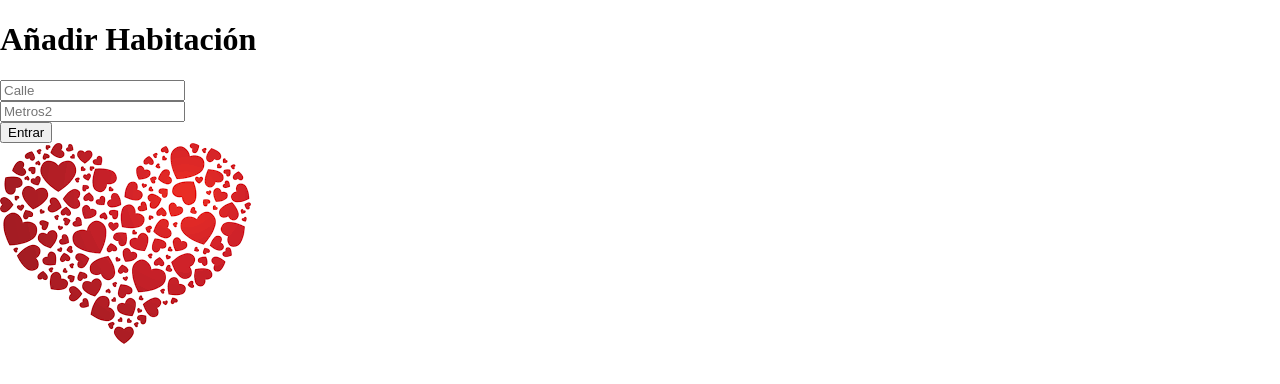
Repository: LazaroRicardo/WORKSPACE
Page: http://localhost/ProyectoMVC2/agnadirhabitacion
The author's editor kept a copy of each file at every save. The page is drawn from the files as they stood at one save, then again after the next save.
The browser window is 1280 px wide. The pictures show the whole page.
The page is served by Tomcat 9. Other server files are loaded and not shown.

Above is the page before, as saved 2018-11-13 11:59:14.

### javaweb/ProyectoMVC2/WebContent/agnadirhabitacion.jsp
<%@ page language="java" contentType="text/html; charset=ISO-8859-1"
    pageEncoding="ISO-8859-1"%>
<!DOCTYPE html>
<html>
<head>
<meta charset="ISO-8859-1">
<title>Añadir Habitación</title>
<link href="./css/style.css" rel="stylesheet">
</head>
<body>
	<h1>Añadir Habitación</h1>
	<form action="" method="POST">
		<div class="error">${mensajeerror}</div>

		<div><input type="text" placeholder="Calle" name="calle" value="${laHabitacion.calle}" required /></div>
		<div><input type="number" placeholder="Metros2" name="metros2" value="${laHabitacion.m2}" required /></div>

		<div><button>Entrar</button></div>
	</form>
	<img src="./img/images.png" alt="" />
</body>
</html>

### javaweb/ProyectoMVC2/src/com/ricardo/controlers/AgnadirHabitacionServlet.java
package com.ricardo.controlers;

import java.io.IOException;

import javax.servlet.ServletException;
import javax.servlet.annotation.WebServlet;
import javax.servlet.http.HttpServlet;
import javax.servlet.http.HttpServletRequest;
import javax.servlet.http.HttpServletResponse;

import com.ricardo.database.BBDD;
import com.ricardo.modelos.Habitacion;

@WebServlet("/agnadirhabitacion")
public class AgnadirHabitacionServlet extends HttpServlet {
	private static final long serialVersionUID = 1L;

	protected void doGet(HttpServletRequest request, HttpServletResponse response)
			throws ServletException, IOException {

		request.getRequestDispatcher("/agnadirhabitacion.jsp").forward(request, response);
	}

	protected void doPost(HttpServletRequest request, HttpServletResponse response)
			throws ServletException, IOException {

		String callerecibida = request.getParameter("calle");
		String metroscuadradosrecibidos = request.getParameter("metros2");
//para que si meten letras en lugar de metros2 aparezca el mensaje "datos incorrectos":
// esto es para que no me hackeen borrando el html y viendo el mensaje interno de la consola.
		int metroscuadradosrecibidosInt = 0;

		try {
			metroscuadradosrecibidosInt = Integer.parseInt(metroscuadradosrecibidos);
		} catch (Exception e) {
			System.out.println("Excepción!!!: " + e.getMessage());
		}

		System.out.println("Nuevo habitacion recibida:");
		System.out.println("Calle:" + callerecibida);
		System.out.println("Metros Cuadrados:" + metroscuadradosrecibidos);

		Habitacion nuevaHabitacion = new Habitacion(0, callerecibida, metroscuadradosrecibidosInt);

		if (nuevaHabitacion.esValido()) {

			// volver atras si no están correctos los datos:

			BBDD bd = BBDD.getInstance();
			bd.insertaHabitacion(nuevaHabitacion);

			response.sendRedirect("registrarse");

		} else {
			// mensajeerror: está enlazado al jsp cuando no se cumplan los ij, sino los else
			// y se active.
			// datos incorrectos: mensaje que te sale en el jsp si se activa mensajeerror
			request.setAttribute("mensajeerror", "Datos incorrectos");
			// Parametro_para_llamar: palabra que no sirve para nada, pero es necesaria para
			// unir "nuevaHabitacion" al request.
			request.setAttribute("Parametro_para_llamar", nuevaHabitacion);
			this.doGet(request, response);
		}
	}
}

### javaweb/ProyectoMVC2/WebContent/css/style.css
body{
	margin:0;
	padding:0;
	font.family:verdana;
}

After the next save:
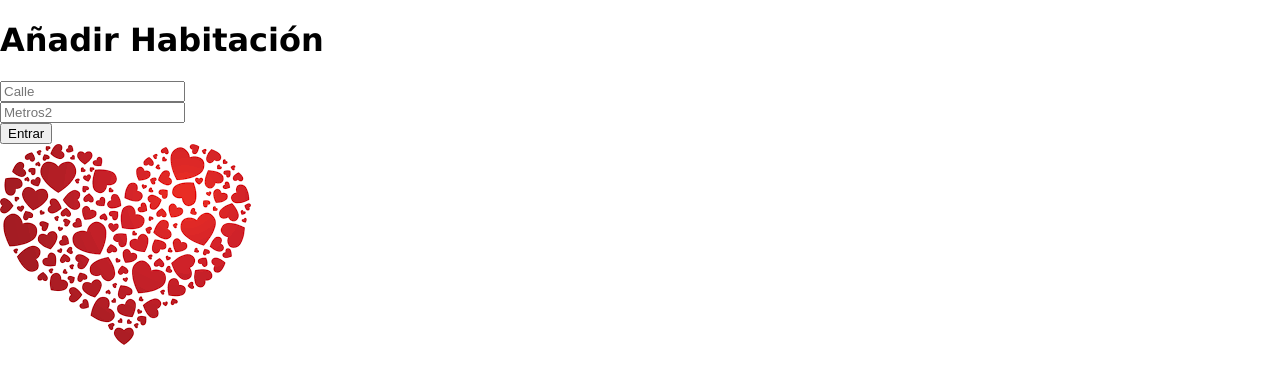
Saved 16 s later.
--- a/javaweb/ProyectoMVC2/WebContent/css/style.css
+++ b/javaweb/ProyectoMVC2/WebContent/css/style.css
@@ -1,5 +1,5 @@
 body{
 	margin:0;
 	padding:0;
-	font.family:verdana;
+	font-family:verdana;
 }
